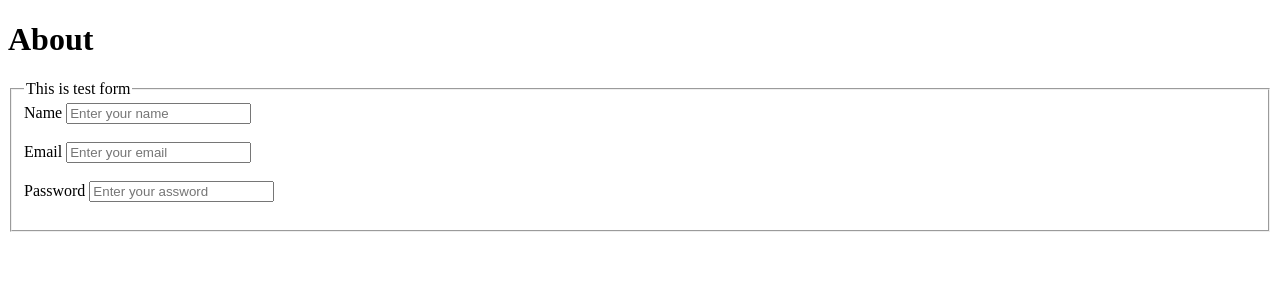
Repository: fisikusari/test-repo
Page: about.html
An editor plug-in stored every save of this project. The page is shown before and after the next save, followed by the edit.
The browser window is 1280 px wide. The pictures show the whole page.

Above is the page before, as saved 2021-11-11 19:01:12.

After the next save:
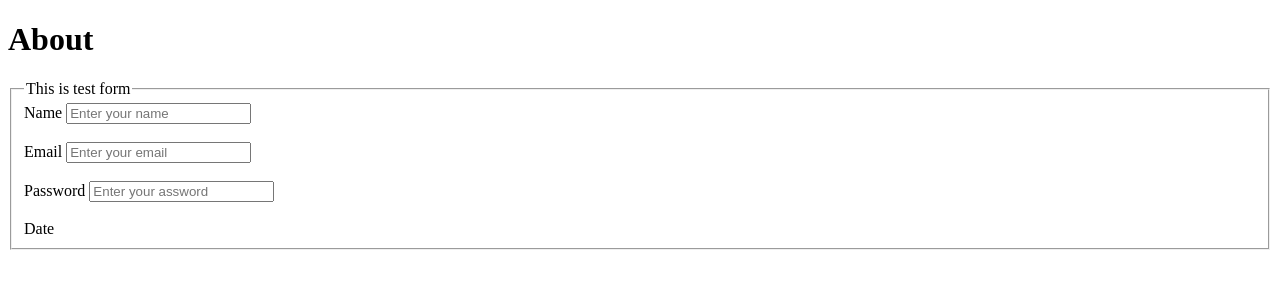
Saved 82 s later.
--- a/about.html
+++ b/about.html
@@ -21,6 +21,7 @@
       <input type="email" name="email" id="email" placeholder="Enter your email" /><br></br>
       <label for="password">Password</label>
       <input type="password" name="password" id="password" placeholder="Enter your assword"><br><br>
+      <label for="date">Date</label>
     </fieldset>
     <!--Fieldset Ends here-->
   </form>
